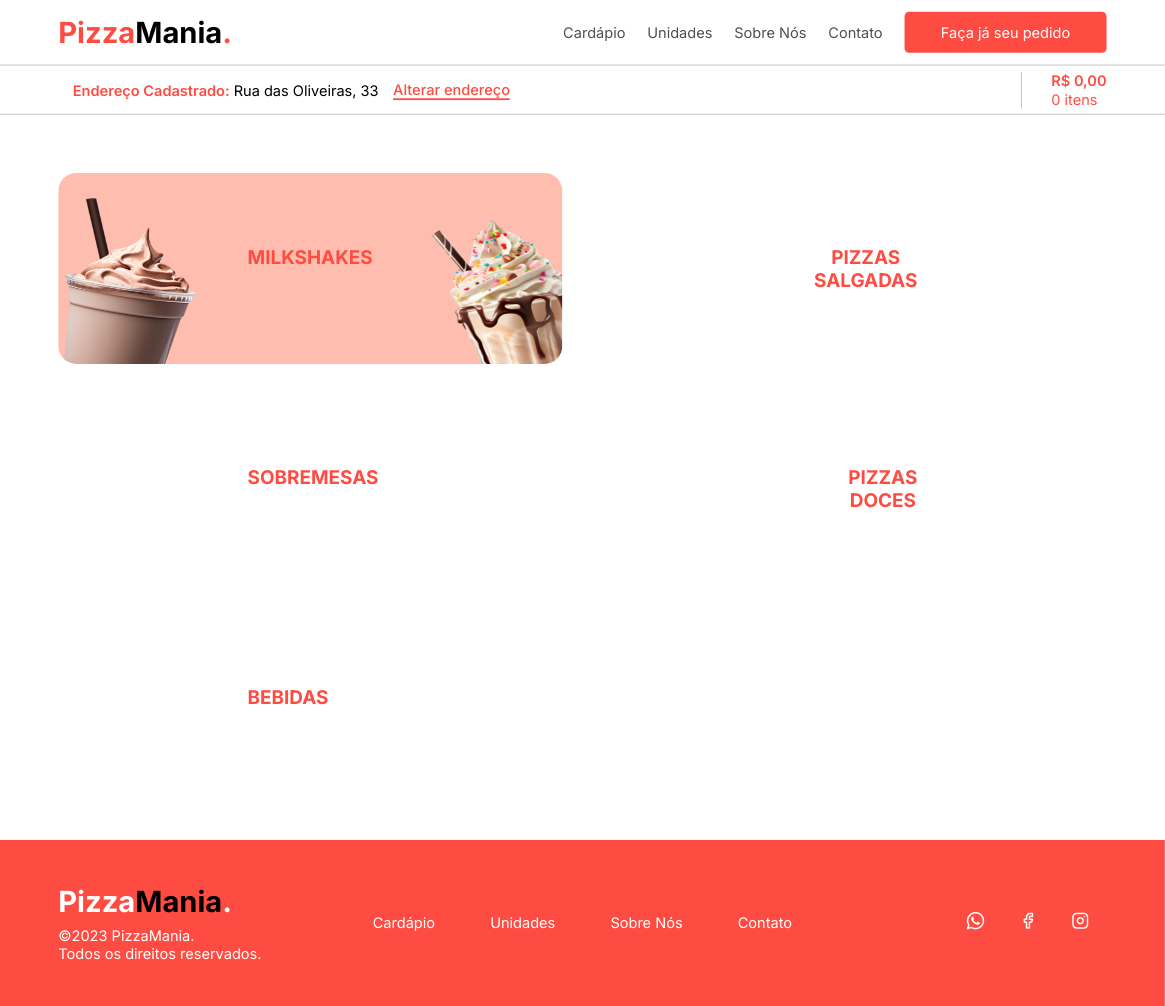
Repository: lucas-albuq/PizzaMania
Page: assets/pages/cardapio.html
An editor plug-in stored every save of this project. The page is shown before and after the next save, followed by the edit.
The browser window is 1280 px wide. The pictures show the whole page, at 91% of full size.
Some icons come from a web library that is not loaded, so they are not drawn. Some web libraries are served in a nearby version.

Above is the page before, as saved 2024-01-04 21:01:23.

After the next save:
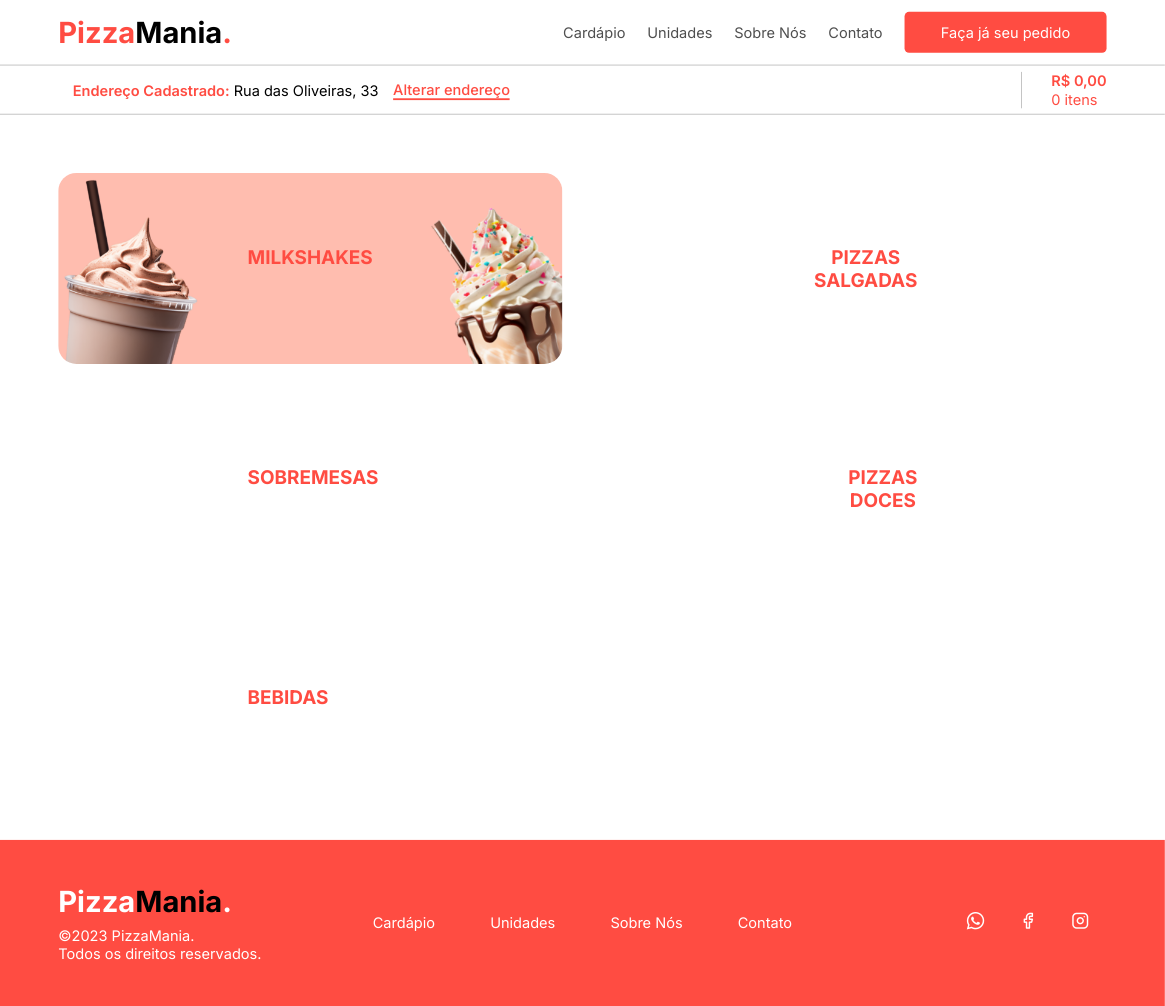
Saved 7 s later.
--- a/assets/css/pizzamania.css
+++ b/assets/css/pizzamania.css
@@ -390,7 +390,7 @@ footer .footer{
 }
 .categorias-cardapio .milkshakes{
   background-image: url("/assets/images/Milkshakes.png");
-  background-size: 100% 100%;
+  background-size: 100% auto;
   background-position: center;
   background-repeat: no-repeat;
 
